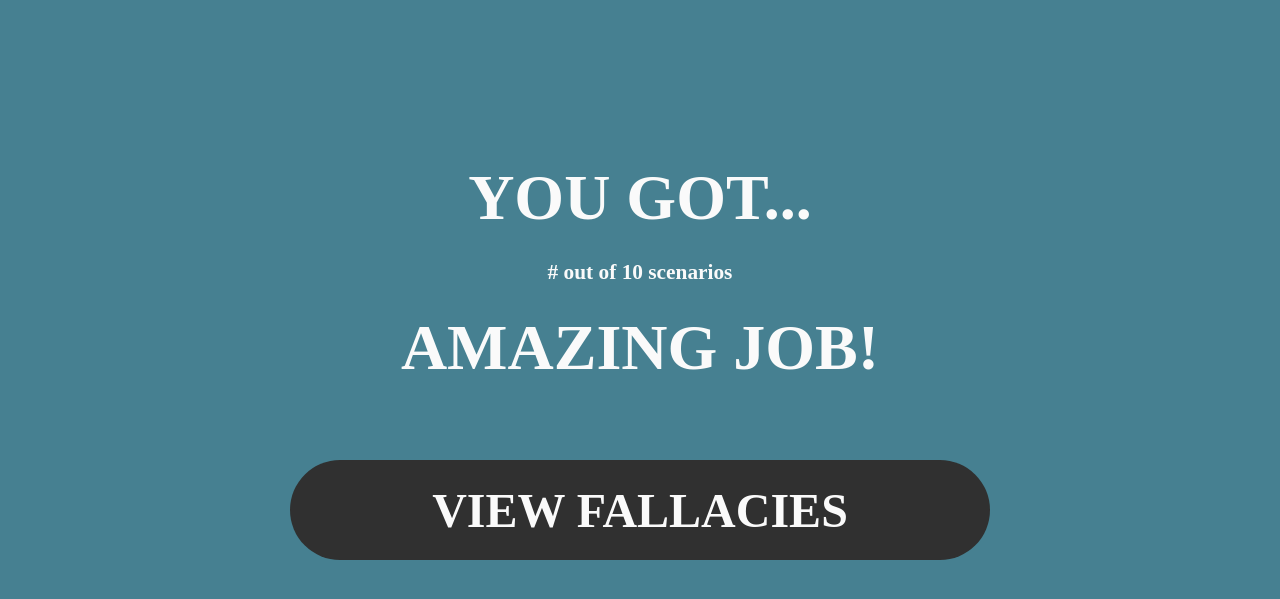
Repository: cindyvunguyen/fallacy
Page: index.html
An editor plug-in stored every save of this project. The page is shown before and after the next save, followed by the edit.
The browser window is 1280 px wide. The pictures show the whole page.
After loading, the first visible `button.grey-button` was clicked once.
Some web fonts or font styles are not loaded; a fallback is used.

Above is the page before, as saved 2020-03-13 14:33:23.
Console error: ReferenceError: gameOver is not defined

After the next save:
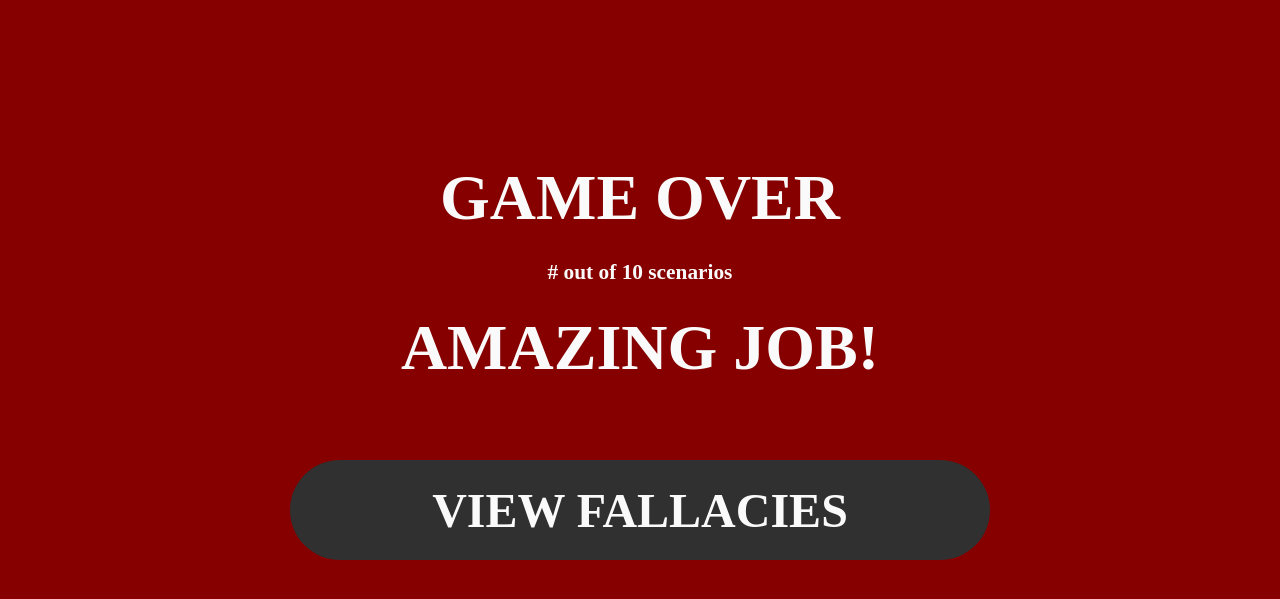
The error is gone.
Saved 37 s later.
--- a/js.js
+++ b/js.js
@@ -20,6 +20,13 @@ function switchPage() {
     document.querySelector("#icon").style.backgroundColor = "#b34c20";
 }
 
+function gameOver() {
+    document.querySelector("#results-page").style.backgroundColor = "#860000";
+    document.querySelector("#rp-message").innerText = "GAME OVER";
+    document.querySelector("#cip-text2").innerText = "You committed the";
+    document.querySelector("#icon").style.backgroundColor = "#b34c20";
+}
+
 // SOPHIA END
 
 // CHLOE START
